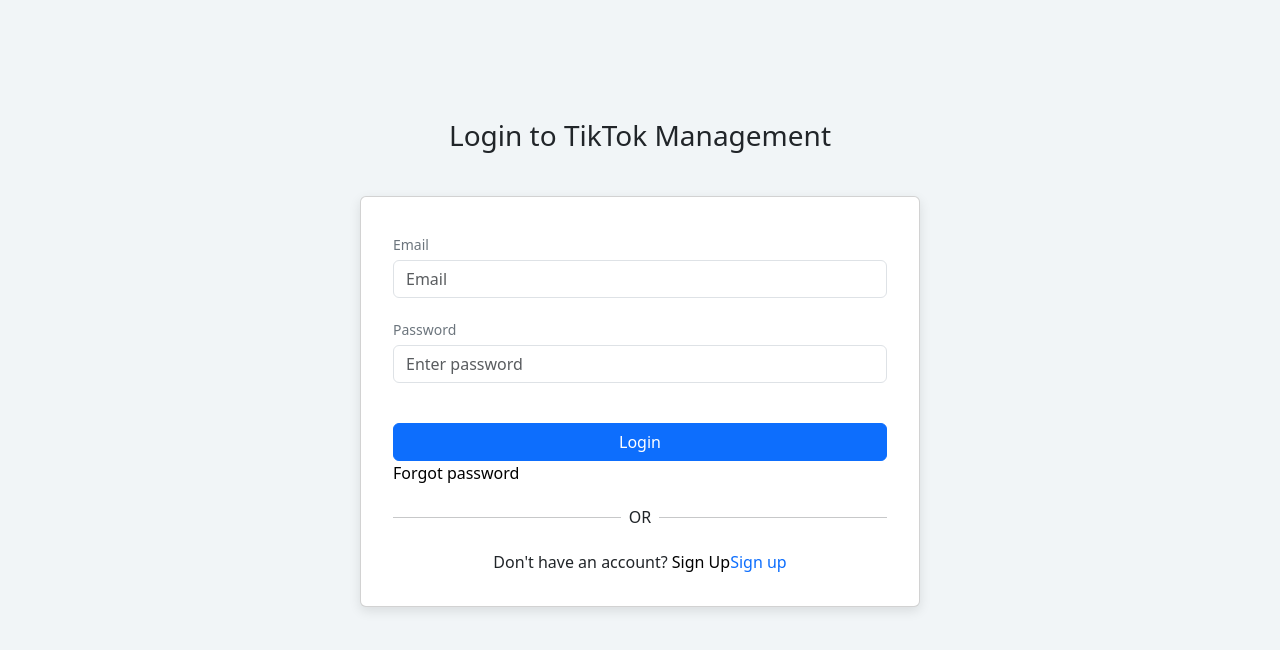
Repository: chaolaolo/tikcrm-fe
Page: /
The author's editor kept a copy of each file at every save. The page is drawn from the files as they stood at one save, then again after the next save.
The browser window is 1280 px wide. The pictures show the whole page.
The project was rebuilt for these pictures with package versions that can differ from the ones it lists, and the page was loaded fresh each time. Also part of the build but not shown: vite.config.ts, src/pages/Home/Settings.tsx, src/pages/Home/HomePage.tsx. Imported but missing from the stored project, and not drawn on this page: src/pages/Home/Dashboard, src/pages/Register/RegisterPage.

Above is the page before, as saved 2025-05-22 22:47:58.

After the next save:
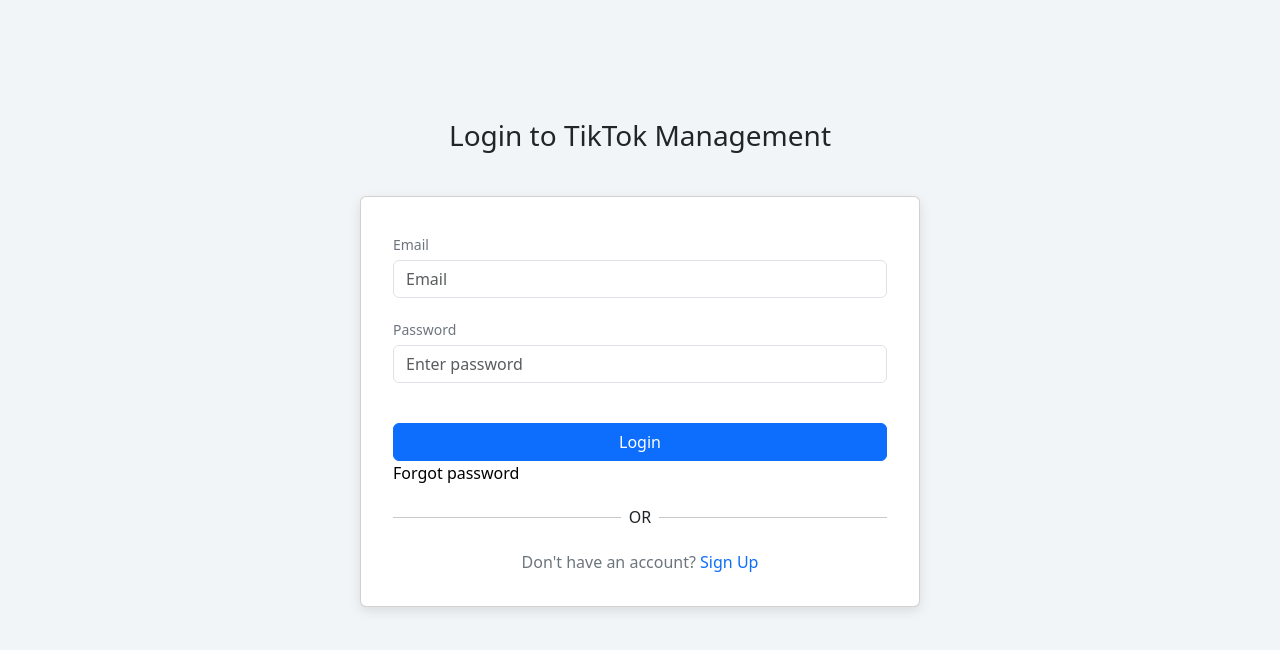
Saved 39 s later.
--- a/src/pages/Auth/LoginPage.tsx
+++ b/src/pages/Auth/LoginPage.tsx
@@ -48,7 +48,7 @@
 
               <div className="mb-3 text-start">
                 <Link to="/forgot-password"
-                className="text-decoration-none text-black fw-normal"  style={{ fontSize: '16px' }}>
+                  className="text-decoration-none text-black fw-normal" style={{ fontSize: '16px' }}>
                   Forgot password
                 </Link>
                 {/* <a href="#forgot-password" className=" text-decoration-none">Forgot password</a> */}
@@ -61,12 +61,12 @@
               </div>
 
               <div className="text-center">
-                <span>Don't have an account? </span>
-                    <Link to="/register"
-                className="text-decoration-none text-black fw-normal"  style={{ fontSize: '16px' }}>
+                <span className='text-secondary'>Don't have an account? </span>
+                <Link to="/register"
+                  className="text-decoration-none  fw-normal" style={{ fontSize: '16px' }}>
                   Sign Up
                 </Link>
-                <a href="#signup" className="text-decoration-none">Sign up</a>
+                {/* <a href="#signup" className="text-decoration-none">Sign up</a> */}
               </div>
             </form>
           </div>
